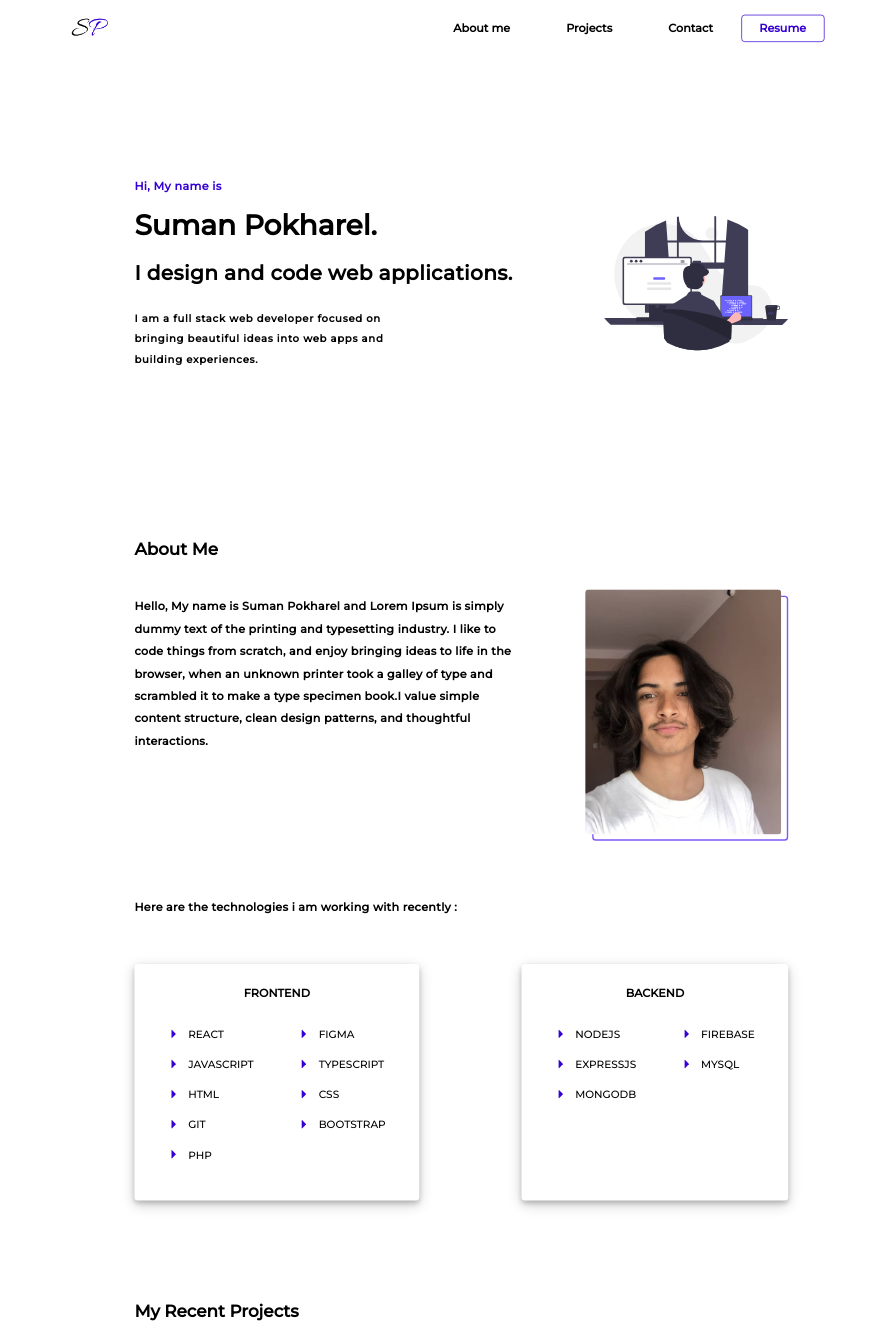
Repository: iamsumanp/portfolio
Page: /
The author's editor kept a copy of each file at every save. The page is drawn from the files as they stood at one save, then again after a run of saves.
The browser window is 1280 px wide. The pictures show the part of the page from y = 0 to 1920 px (the page is 4345 px tall), at 70% of full size.
The project was rebuilt for these pictures with package versions that can differ from the ones it lists, and the page was loaded fresh each time.

Above is the page before, as saved 2022-07-09 23:25:11.

After the next 3 saves:
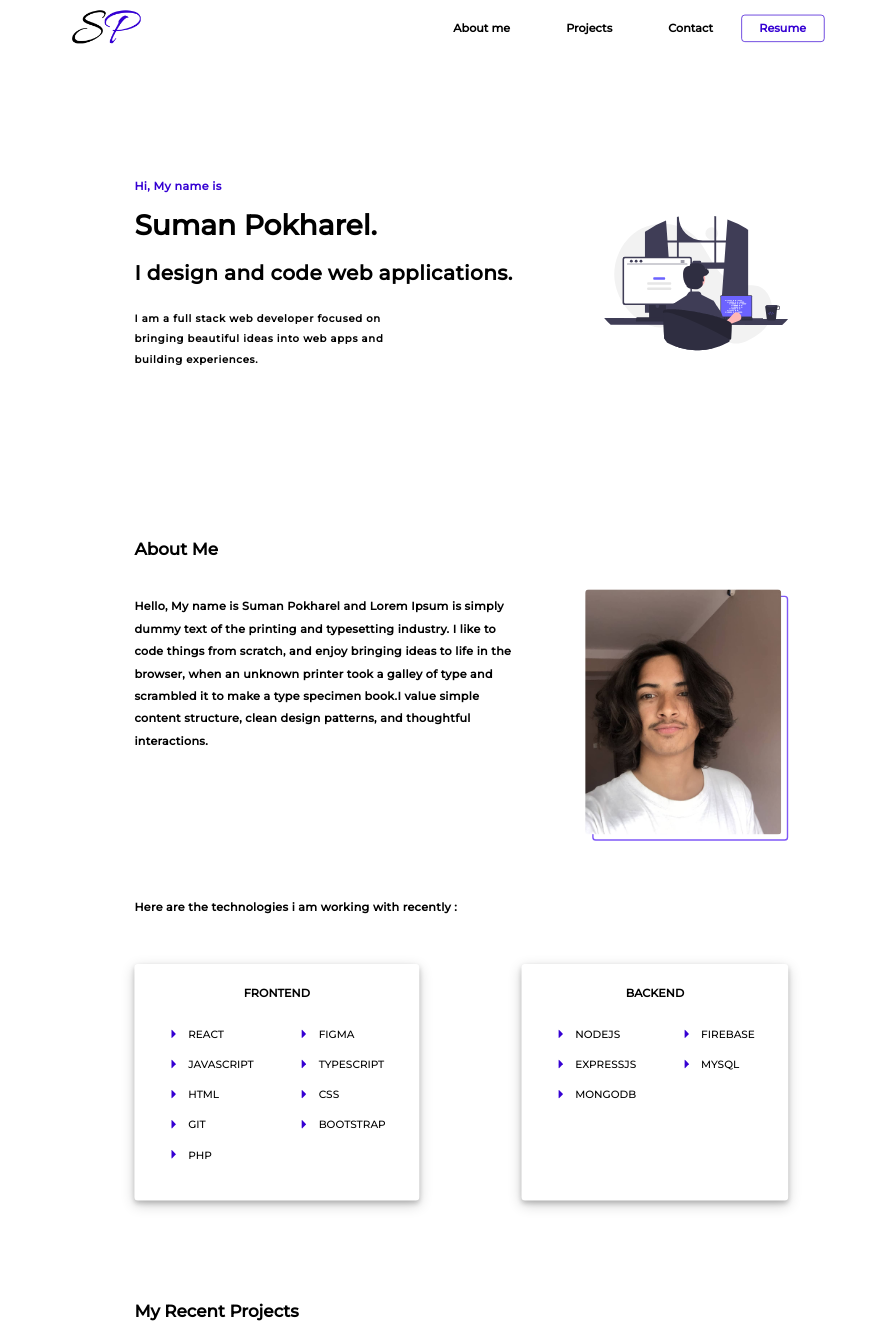
The 3 saves are shown as one change because 1 did not build or start and some came seconds apart.
The last was saved 19 s later.
--- a/src/Components/NavBar.tsx
+++ b/src/Components/NavBar.tsx
@@ -34,6 +34,7 @@ export const NavBar = () => {
       .timeline()
       .from(q(".logoImg"), {
         // rotate: 360,
+        height: "50px",
       })
       .to(q(".navUl"), {
         // x: 100,
